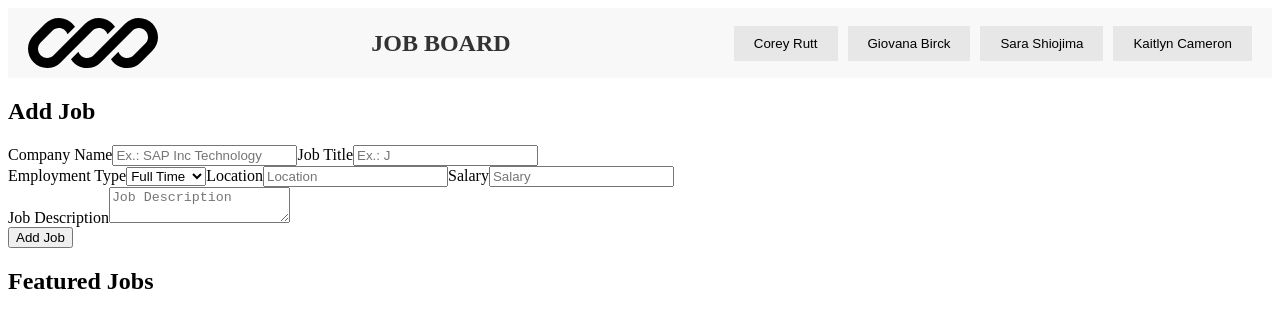
Repository: kcameron37/Final-Project-FrontEnd
Page: /
These files come from the project's save history. The page is drawn as it stood at one moment and after the next save; the edit follows.
The browser window is 1280 px wide. The pictures show the whole page.
The project was rebuilt for these pictures with package versions that can differ from the ones it lists, and the page was loaded fresh each time.

Above is the page before, as saved 2023-11-14 19:44:02.

### src/App.js
import React, { useState } from 'react';

import JobList from './components/JobList.js';
import AddJob from './components/AddJob.js';
import NavBar from './components/NavBar.js';


export default function App() {
  const [jobs, setJobs] = useState([]);

  const addJob = (job) => {
    setJobs([...jobs, job]);
  };

  const deleteJob = (index) => {
    const newJobs = jobs.filter((_, idx) => idx !== index);
    setJobs(newJobs);
  };

  return (
    <div className="App">
      <NavBar />
      <AddJob addJob={addJob} />
      <JobList jobs={jobs} deleteJob={deleteJob} />
    </div>
  );
}

### src/components/JobList.js
import React from 'react';

export default function JobList({ jobs, deleteJob }) {
  return (
    <div>
      <h2>Featured Jobs</h2>
      {
        jobs.map((job, index) => (
            <div key={index} className="job-item">
              <h3>{job.jobTitle}</h3>
              <button onClick={() => console.log('Make Edit Do Something')}>Edit</button>
              <button onClick={() => deleteJob(index)}>Delete</button>
              <p>{job.companyName} • {job.employment} • {job.location} • {job.salary}</p>
              <p>{job.description}</p>
              <hr />
            </div>
        ))
      }
    </div>
  );
}

### src/components/AddJob.js
import React, { useState } from 'react';


export default function AddJob({ addJob }) {

    const [job, setJob] = useState({
        companyName: '',
        jobTitle: '',
        employment: 'Full Time',
        location: '',
        salary: '',
        description: ''
    });

    const handleSubmit = (e) => {
        e.preventDefault();
        addJob(job);
        setJob({ companyName: '', jobTitle: '', employment: 'Full Time', location: '', salary: '', description: '' });
    }

    const handleChange = (e) => {
        setJob({ ...job, [e.target.name]: e.target.value });
    };

    return (
        <form onSubmit={handleSubmit}>
            <h2>Add Job</h2>
            <div>
                <label>Company Name</label>
                <input
                    type="text"
                    name="companyName"
                    value={job.companyName}
                    onChange={handleChange}
                    placeholder="Ex.: SAP Inc Technology"
                />

                <label>Job Title</label>
                <input
                    type="text"
                    name="jobTitle"
                    value={job.jobTitle}
                    onChange={handleChange}
                    placeholder="Ex.: J"
                />
            </div>

            <div>
                <label>Employment Type</label>
                <select name="employment" value={job.employment} onChange={handleChange}>
                    <option value="Full Time">Full Time</option>
                    <option value="Part Time">Part Time</option>
                </select>
                <label>Location</label>
                <input
                    type="text"
                    name="location"
                    value={job.location}
                    onChange={handleChange}
                    placeholder="Location"
                />
                <label>Salary</label>
                <input
                    type="text"
                    name="salary"
                    value={job.salary}
                    onChange={handleChange}
                    placeholder="Salary"
                />
            </div>
            <div>
                <label>Job Description</label>
                <textarea
                    name="description"
                    value={job.description}
                    onChange={handleChange}
                    placeholder="Job Description"
                />
            </div>
            <button type="submit">Add Job</button>
        </form>
    );
}

### src/components/NavBar.js
import React from 'react';
import styles from './navBar.module.css'; // Import the CSS module

export default function NavBar() {
    return (
        <div className={styles.navBar}> {/* Use styles object to refer to your class */}
            <img src="/images/logo.svg" alt="Logo" />
            <h2>JOB BOARD</h2>
            <div>
                <button>Corey Rutt</button>
                <button>Giovana Birck</button>
                <button>Sara Shiojima</button>
                <button>Kaitlyn Cameron</button>
            </div>
        </div>
    );
}

### src/components/navBar.module.css
/* styles.css */

.navBar {
    background-color: #f8f8f8;
    padding: 10px 20px;
    display: flex;
    align-items: center;
    justify-content: space-between;
  }

  .navBar img {
    height: 50px; /* Adjust the size as needed */
  }

  .navBar h2 {
    margin: 0;
    padding: 0;
    font-size: 24px;
    color: #333;
  }

  .navBar button {
    background-color: #e7e7e7;
    border: none;
    padding: 10px 20px;
    margin-left: 10px;
    cursor: pointer;
    transition: background-color 0.3s;
  }

  .navBar button:hover {
    background-color: #d7d7d7;
  }

Loaded but not shown: public/index.html (common file); src/index.js (common file)

After the next save:
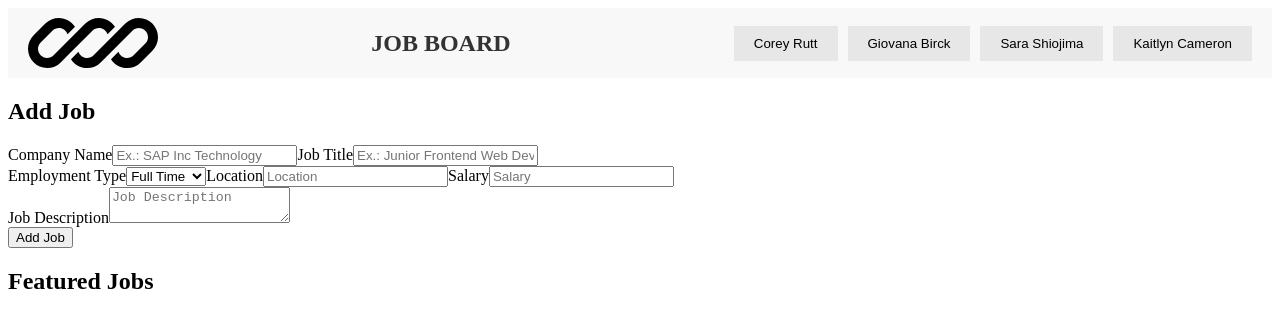
Saved 8 s later.
--- a/src/components/AddJob.js
+++ b/src/components/AddJob.js
@@ -41,7 +41,7 @@ export default function AddJob({ addJob }) {
                     name="jobTitle"
                     value={job.jobTitle}
                     onChange={handleChange}
-                    placeholder="Ex.: J"
+                    placeholder="Ex.: Junior Frontend Web Developer"
                 />
             </div>
 
